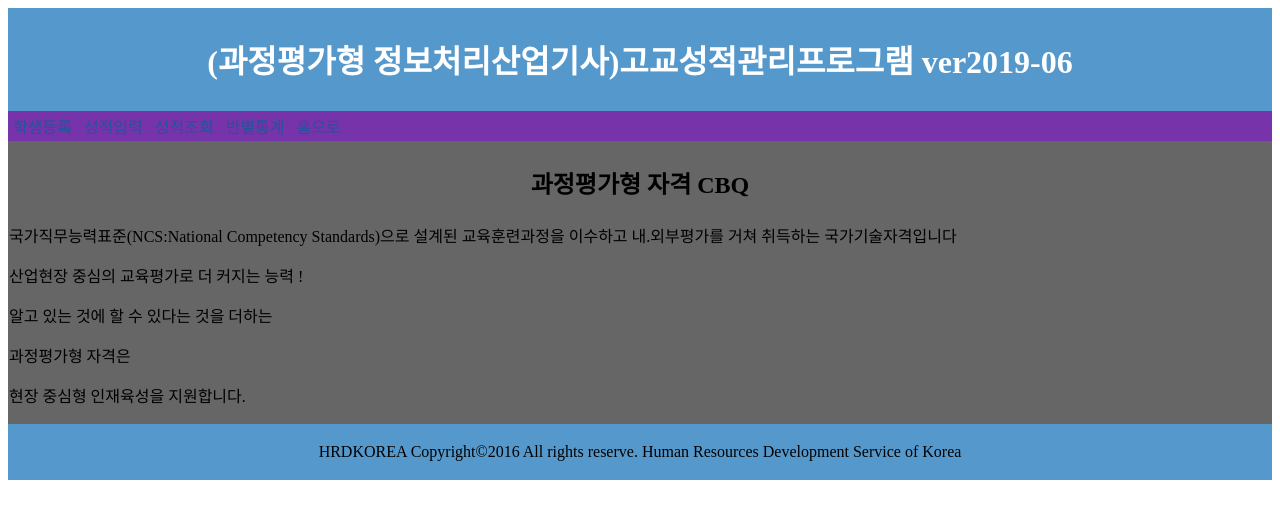
Repository: bolbbal/jdbc
Page: http://localhost/cbq_99/
An editor plug-in stored every save of this project. The page is shown before and after the next save, followed by the edit.
The browser window is 1280 px wide. The pictures show the whole page.
The page is served by Tomcat 9.

Above is the page before, as saved 2024-08-26 05:33:35.

After the next save:
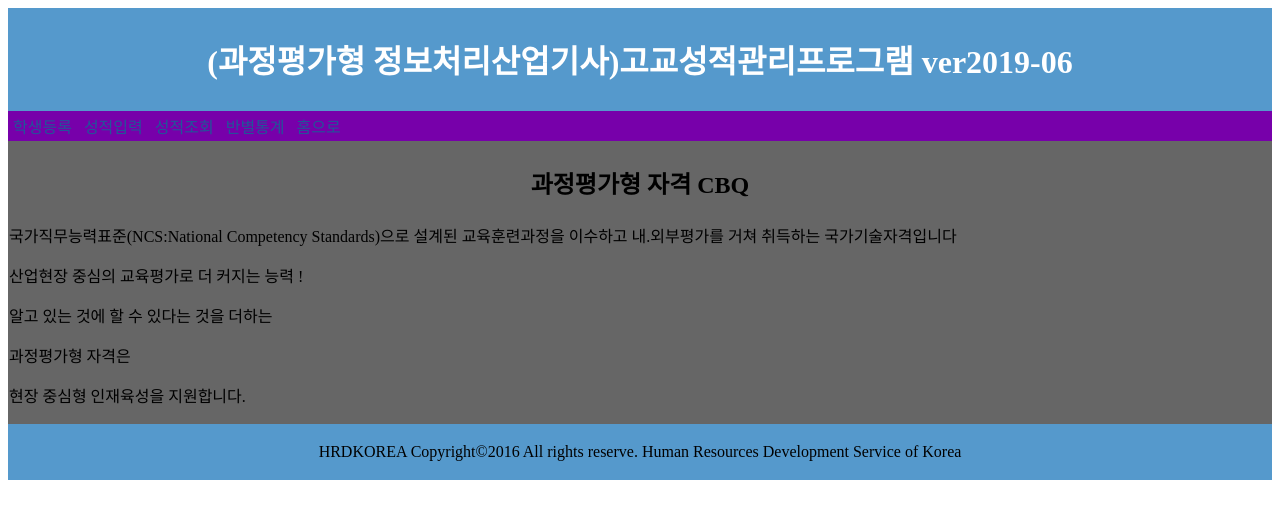
Saved 12 s later.
--- a/javastudy18/jspStudy/cbq_99/cbq_99/WebContent/index.jsp
+++ b/javastudy18/jspStudy/cbq_99/cbq_99/WebContent/index.jsp
@@ -22,7 +22,7 @@ h1 {
 }
 
 nav {
-	background: #73A;
+	background: #70A;
 	padding: 1px
 }
 
